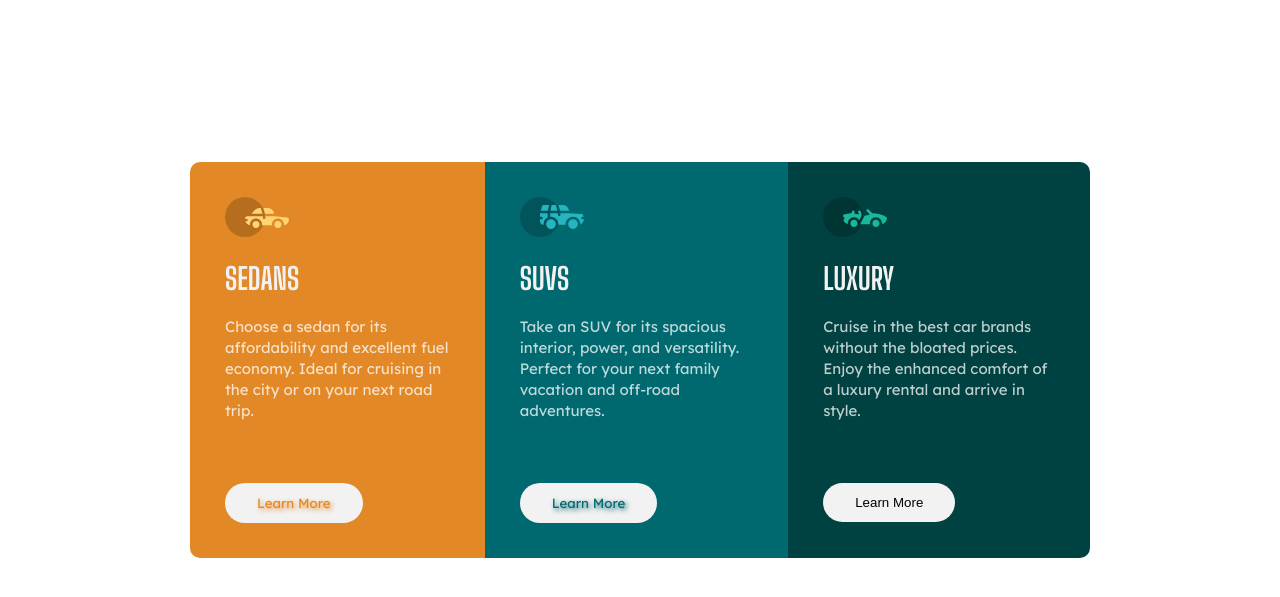
Repository: thaibaocoder1/3-column-card
Page: index.html
The author's editor kept a copy of each file at every save. The page is drawn from the files as they stood at one save, then again after the next save.
The browser window is 1280 px wide. The pictures show the whole page.

Above is the page before, as saved 2023-01-11 21:08:17.

### index.html
<!DOCTYPE html>
<html lang="en">
<head>
  <meta charset="UTF-8">
  <meta name="viewport" content="width=device-width, initial-scale=1.0">
  <link rel="icon" type="image/png" sizes="32x32" href="./images/favicon-32x32.png">
  <title>Frontend Mentor | 3-column preview card component</title>
  <link rel="preconnect" href="https://fonts.googleapis.com">
  <link rel="preconnect" href="https://fonts.gstatic.com" crossorigin>
  <link href="https://fonts.googleapis.com/css2?family=Big+Shoulders+Display:wght@700&family=Lexend+Deca&display=swap" rel="stylesheet">
  <link rel="stylesheet" href="./styles.css">
</head>
<body>

  <main class="container">
    <div class="container__box container__box--one">
      <img src="./images/icon-sedans.svg" alt="" class="container--image">
      <h1 class="container--heading">Sedans</h1>
      <p class="container--content">
        Choose a sedan for its affordability and excellent fuel economy. Ideal for cruising in the city
        or on your next road trip.
      </p>
      <button class="container--btn container--btn-one">Learn More</button>
    </div>

    <div class="container__box container__box--two">
      <img src="./images/icon-suvs.svg" alt="" class="container--image">
      <h1 class="container--heading">Suvs</h1>
      <p class="container--content">
        Take an SUV for its spacious interior, power, and versatility. Perfect for your next family vacation
        and off-road adventures.
      </p>
      <button class="container--btn container--btn-two">Learn More</button>
    </div>

    <div class="container__box container__box--three">
      <img src="./images/icon-luxury.svg" alt="" class="container--image">
      <h1 class="container--heading">Luxury</h1>
      <p class="container--content">
        Cruise in the best car brands without the bloated prices. Enjoy the enhanced comfort of a luxury
        rental and arrive in style.
      </p>
      <button class="container--btn container--btn-three">Learn More</button>
    </div>
  </main>


</body>
</html>

### styles.css
* {
    margin: 0;
    padding: 0;
    box-sizing: border-box;
}
html {
    font-size: 62.5%;
}
body {
    text-rendering: optimizeLegibility;
    scroll-behavior: smooth;
    font-family: 'Big Shoulders Display', cursive;
    font-family: 'Lexend Deca', sans-serif;
    display: flex;
    align-items: center;
    justify-content: center;
    min-height: calc(100vh - 1px);
}
:root {
    --bright-orange: hsl(31, 77%, 52%);
    --dark-cyan: hsl(184, 100%, 22%);
    --very-dark-cyan: hsl(179, 100%, 13%);
    --white-p:  hsla(0, 0%, 100%, 0.75);
    --light-gray: hsl(0, 0%, 95%);
}
.container {
    max-width: 90rem;
    margin: 0 auto;
    display: flex;
    align-items: stretch;
    justify-content: center;
}
.container .container__box--one {
    background-color: var(--bright-orange);
    border-radius: 1rem 0 0 1rem;
}
.container .container__box--two {
    background-color: var(--dark-cyan);
}
.container .container__box--three {
    background-color: var(--very-dark-cyan);
    border-radius: 0 1rem 1rem 0;
}
.container .container__box {
    padding: 3.5rem;
}
.container__box .container--heading {
    color: var(--light-gray);
    font-family: 'Big Shoulders Display', cursive;
    text-transform: uppercase;
    font-size: 3rem;
    margin: 2rem 0;
    font-weight: 500;
}
.container__box .container--content {
    color: var(--white-p);
    margin-bottom: 6.2rem;
    font-size: 1.5rem;
    line-height: 1.4;
}
.container__box .container--btn {
    padding: 1.2rem 3.2rem;
    border: none;
    border-radius: 2rem;
    background-color: var(--light-gray);
    cursor: pointer;
}
.container__box .container--btn-one {
    color: var(--bright-orange);
    font-family: 'Lexend Deca', sans-serif;
    font-weight: 500;
    text-shadow: 2px 2px 5px var(--bright-orange);
}
.container__box .container--btn-two {
    color: var(--dark-cyan);
    font-family: 'Lexend Deca', sans-serif;
    font-weight: 500;
    text-shadow: 2px 2px 5px var(--dark-cyan);
}
.container__box .container--btn-one {
    color: var(--bright-orange);
    font-family: 'Lexend Deca', sans-serif;
    font-weight: 500;
    text-shadow: 2px 2px 5px var(--bright-orange);
}

After the next save:
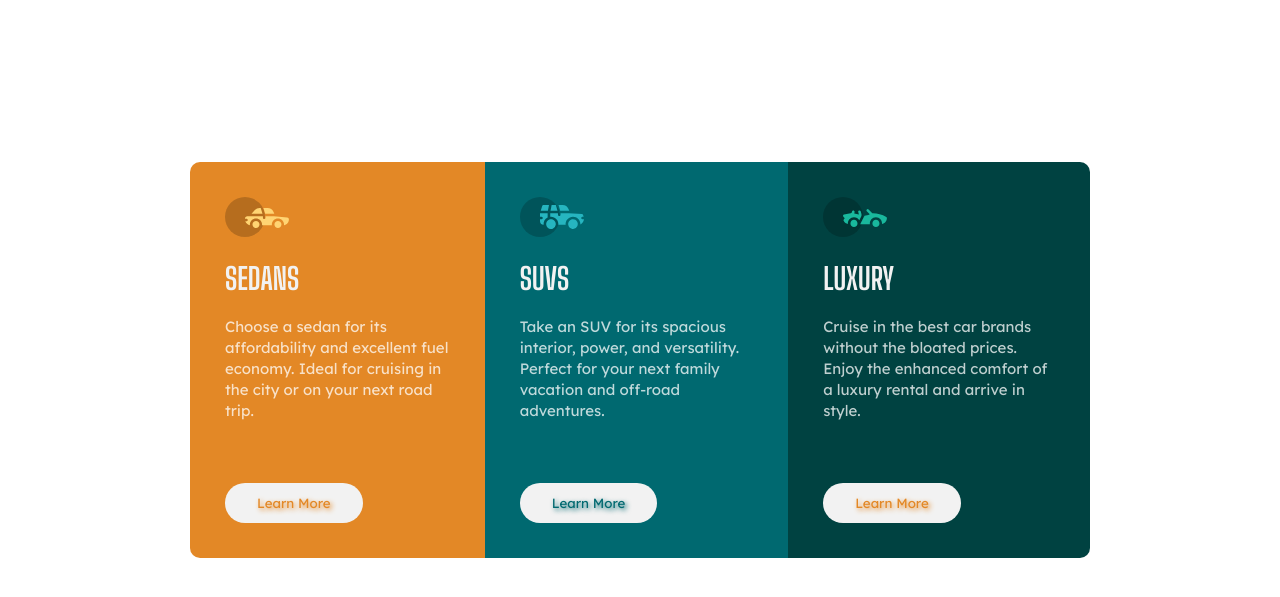
Saved 7 s later.
--- a/styles.css
+++ b/styles.css
@@ -77,7 +77,7 @@
     font-weight: 500;
     text-shadow: 2px 2px 5px var(--dark-cyan);
 }
-.container__box .container--btn-one {
+.container__box .container--btn-three {
     color: var(--bright-orange);
     font-family: 'Lexend Deca', sans-serif;
     font-weight: 500;
